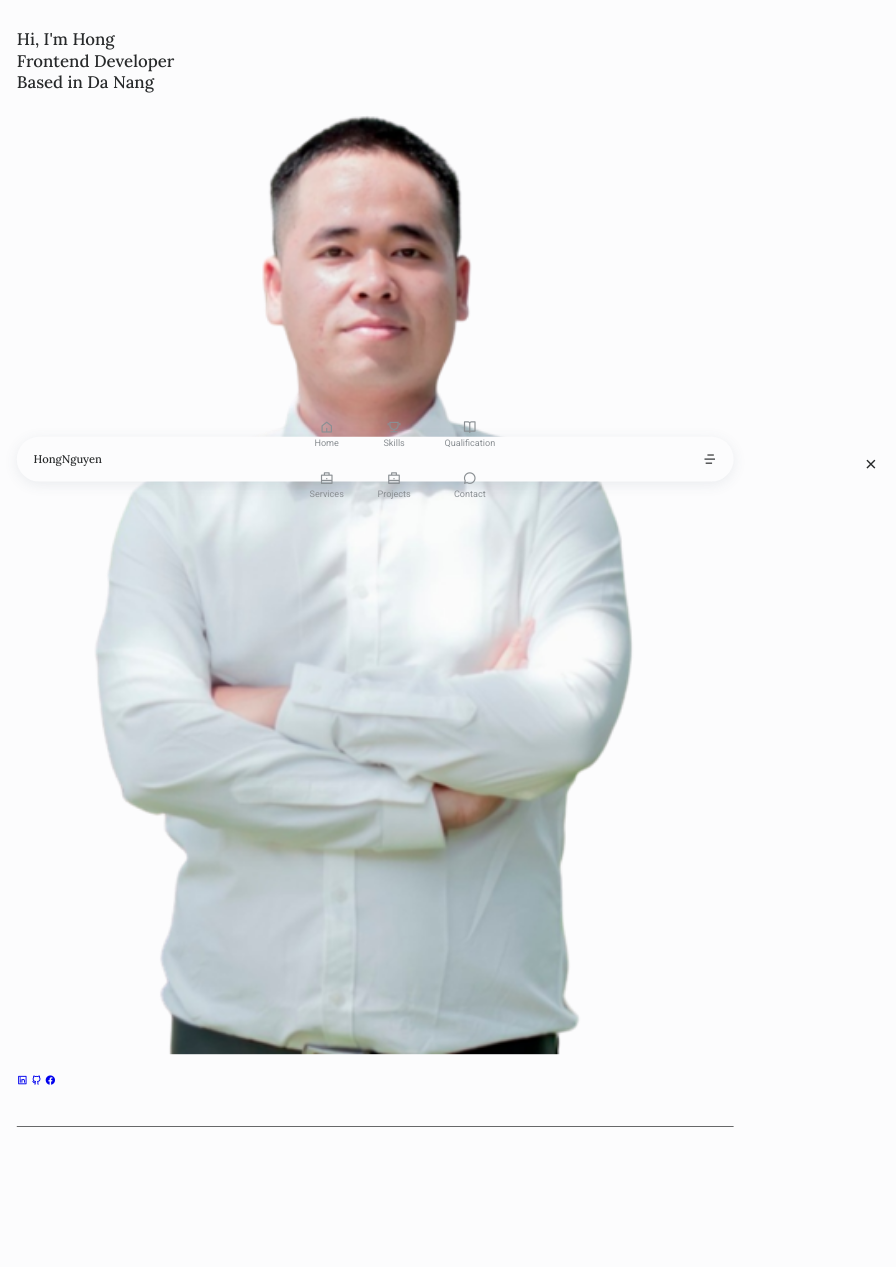
Repository: hnguyeng/myportfoliohongnguyen
Page: index.html
An editor plug-in stored every save of this project. The page is shown before and after the next save, followed by the edit.
The browser window is 1280 px wide. The pictures show the whole page, at 70% of full size.
Some web libraries are served in a nearby version.

Above is the page before, as saved 2023-07-17 12:54:57.

After the next save:
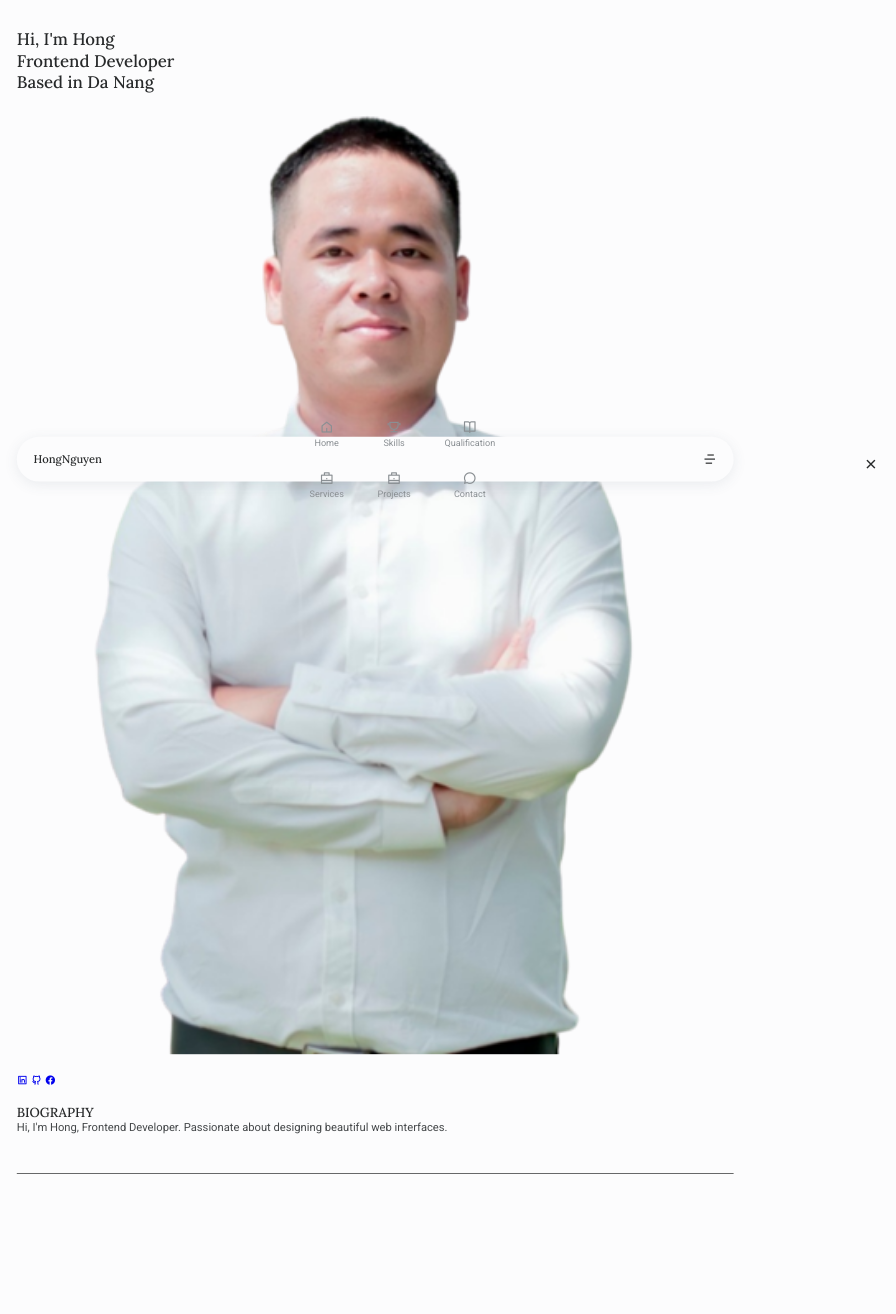
Saved 9 min 44 s later.
--- a/index.html
+++ b/index.html
@@ -98,6 +98,27 @@
                         </a>
                     </ul>
                 </div>
+                <!-- ==============HOME INFO 1=============== -->
+                <div class="home__info">
+                    <div>
+                        <h3 class="home__info-title">
+                            BIOGRAPHY
+                        </h3>
+                        <p class="home__info-description">
+                            Hi, I'm Hong, Frontend Developer.
+                            Passionate about designing beautiful web interfaces.
+                        </p>
+                    </div>
+
+                    <div>
+                        <h3 class="home__info-title">
+
+                        </h3>
+                        <p class="home__info-description">
+
+                        </p>
+                    </div>
+                </div>
             </div>
         </section>
         <!-- ================SKILLS=========== -->
